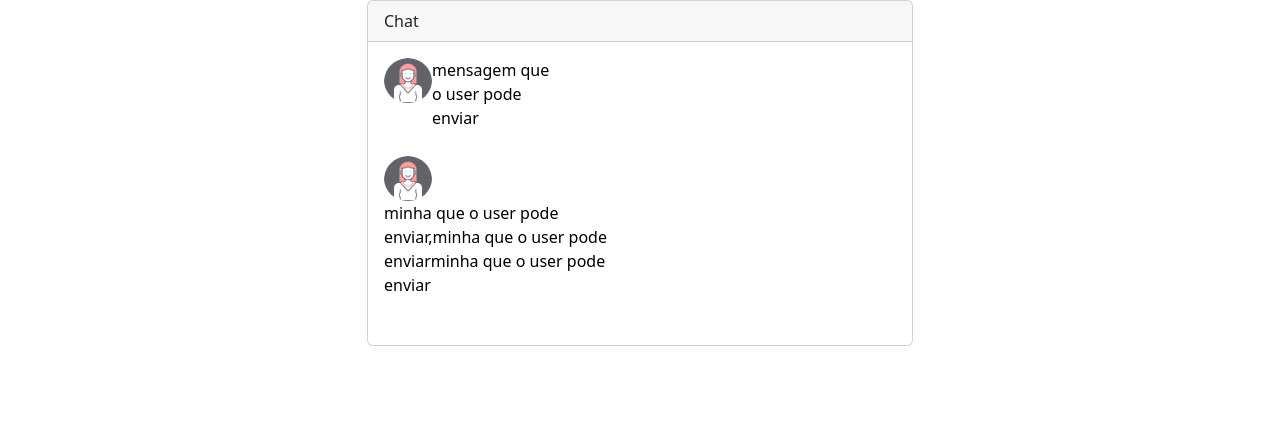
Repository: joaobatistafrontend/pref
Page: templates/chat_meninas copy.html
An editor plug-in stored every save of this project. The page is shown before and after a run of saves, followed by the edit.
The browser window is 1280 px wide. The pictures show the whole page.
The page is served by the project's application, run on Django 4.2 (manage.py). Other server files are loaded and not shown. The template is opened directly, without the code that normally fills it, so the values that code supplies are empty.

Above is the page before, as saved 2024-07-29 16:41:18.

### templates/chat_meninas copy.html
<!DOCTYPE html>
<html lang="pt-br">

<head>
    <meta charset="UTF-8">
    <meta name="viewport" content="width=device-width, initial-scale=1.0">
    <link rel="stylesheet" href="chatMulher.css">

    <link href="https://cdn.jsdelivr.net/npm/bootstrap@5.3.3/dist/css/bootstrap.min.css" rel="stylesheet"
    integrity="sha384-QWTKZyjpPEjISv5WaRU9OFeRpok6YctnYmDr5pNlyT2bRjXh0JMhjY6hW+ALEwIH" crossorigin="anonymous">
<script src="https://cdn.jsdelivr.net/npm/bootstrap@5.3.3/dist/js/bootstrap.bundle.min.js"
    integrity="sha384-YvpcrYf0tY3lHB60NNkmXc5s9fDVZLESaAA55NDzOxhy9GkcIdslK1eN7N6jIeHz"
    crossorigin="anonymous"></script>
    <title>Chat</title>
</head>

<body>
    <div class="container content">
        <div class="row">

            <div class="col-md-6 offset-3">
                <div class="card">
                    <div class="card-header">Chat</div>
                    <div class="card-body heigt-3">
                        <ul class="chat-list">
                            <li class="in">
                                <div class="chat-img">
                                    <img src="mulher.png" alt="">
                                </div>
                                <div class="chat-body">
                                    <div class="cha-message">
                                        <p>mensagem que o user pode enviar</p>
                                    </div>
                                </div>
                            </li>
                            <li class="out">
                                <div class="chat-img">
                                    <img src="mulher.png" alt="">
                                </div>
                                <div class="chat-body">
                                    <div class="cha-message">
                                        <p>minha que o user pode enviar,minha que o user pode enviarminha que o user pode enviar
                                        </p>
                                    </div>
                                </div>
                            </li>
                        </ul>
                </div>
            </div>

        </div>
    </div>
</body>

</html>

### chatbot/urls.py

from django.contrib import admin
from django.urls import path, include

urlpatterns = [
    path('admin/', admin.site.urls),
    path('', include('chat_app.urls'))
]

### chat_app/urls.py

from django.contrib import admin
from django.urls import path, include
from .views import *

urlpatterns = [
    path("", IndexView.as_view(), name="index"),
    path("accounts/", include("django.contrib.auth.urls")),

    path("ask_question/", AskQuestionView.as_view(), name="ask_question"),

    path('chat_meninas', ChatRedirectView.as_view(), name='chat_meninas'),
    path('chat_bot/', ChatBotView.as_view(), name='chat_bot'),
    path('chat/<str:room_name>/', ChatRoomView.as_view(), name='chat_room'),
    path('chat/<str:room_name>/send/', ChatRoomView.as_view(), name='send_message'),

    path('cadastro', Cadastro.as_view(), name="cadastro")
]

### templates/chatMulher.css

.chat-list{
    padding: 0;

}
.chat-list li{
    margin-bottom: 10px;
    overflow: auto;
    color: black;
}
.chat-list .chat-img{
    float: left;
    width: 48px;
}
.chat-list .chat-img img{
    border-radius: 50%;
    width: 100%;
}
.chat-list .cha-message{
    display: inline-block;
    position: relative;
}
p{
    width: 50%;
    word-wrap: break-word;

}

After the next 2 saves:
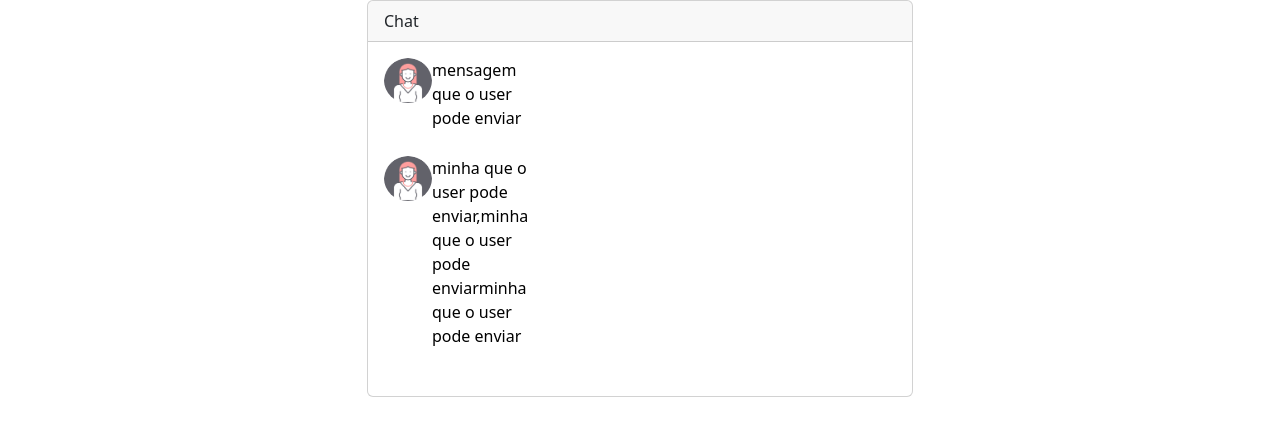
The 2 saves are shown as one change because they came seconds apart.
The last was saved 16 s later.
--- a/templates/chatMulher.css
+++ b/templates/chatMulher.css
@@ -21,7 +21,7 @@
     position: relative;
 }
 p{
-    width: 50%;
+    width: 100px;
     word-wrap: break-word;
 
 }
